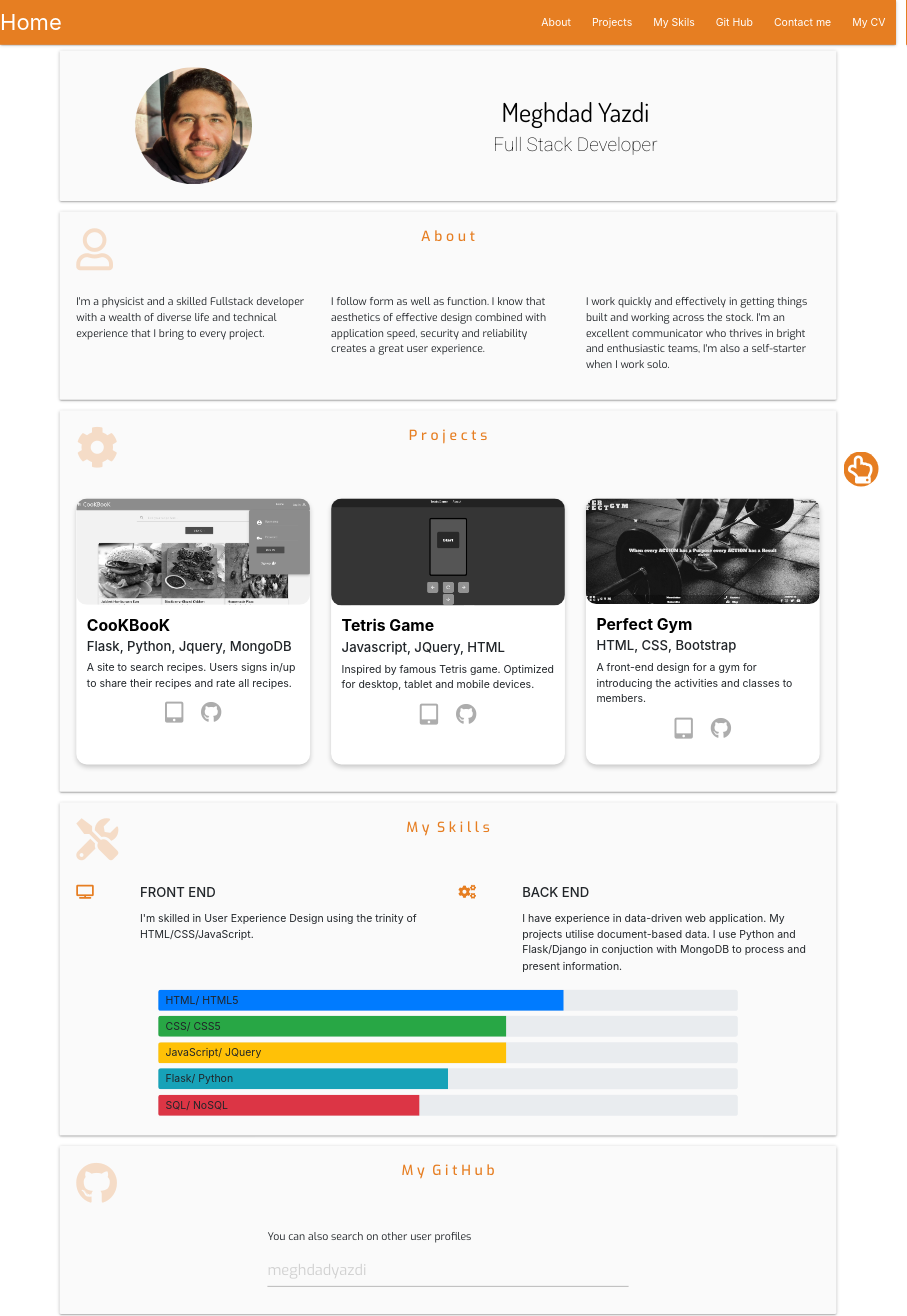
Repository: meghdadyazdi/SD_Res
Page: index.html
The author's editor kept a record of every edit. The page is drawn from the files as they stood at one moment, then again after the next edit.
The browser window is 1280 px wide. The page is 1295 px wide, so the pictures cover 1295 px, including what lies to the right of the window. The pictures show the part of the page from y = 0 to 1880 px (the page is 2583 px tall), at 70% of full size.
Some web libraries are served in a nearby version.

Above is the page before.
Console error: ReferenceError: $ is not defined

After the next edit:
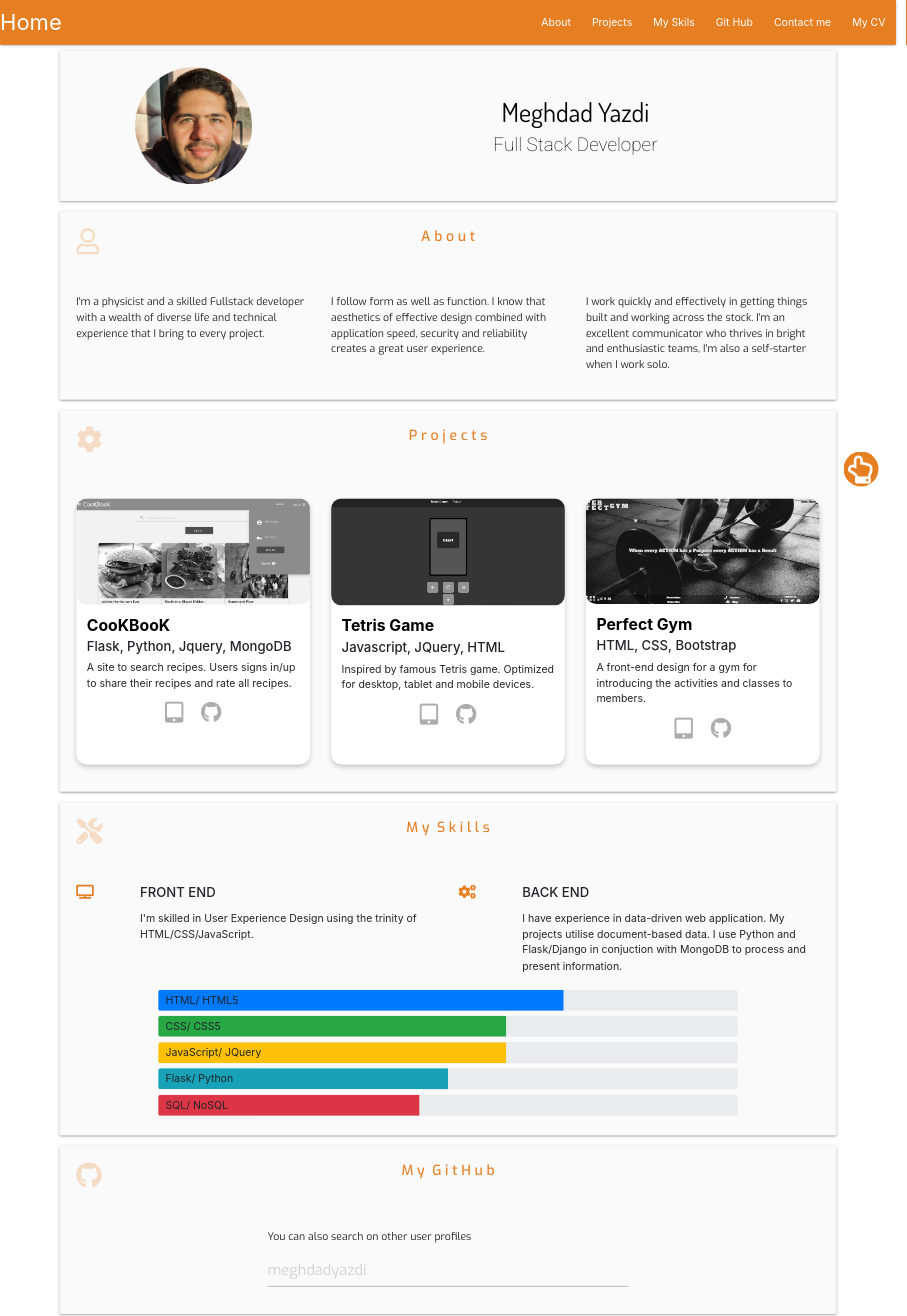
The edit:
--- a/assets/style.css
+++ b/assets/style.css
@@ -400,7 +400,7 @@
 /*_____________________________icons______________________________*/
 
 .icons{
-  font-size: 4rem;
+  font-size: 2.5rem;
   color: #e6822e40;
   position: absolute;
   z-index: 9999;
